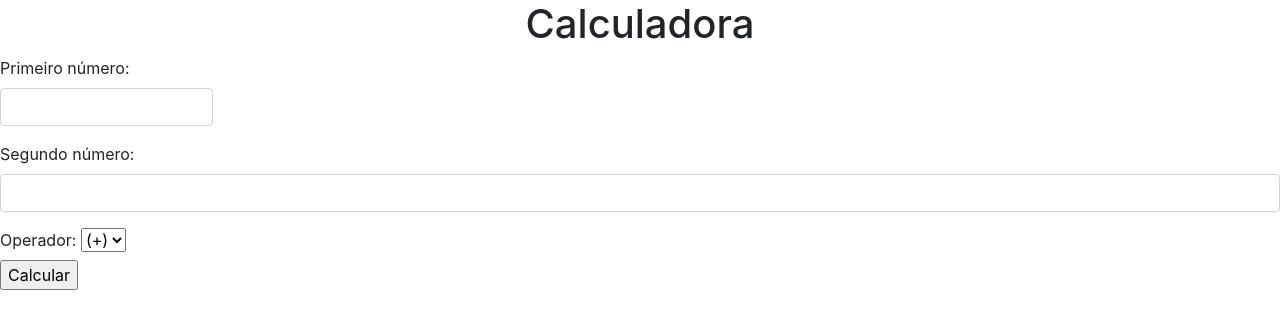
Repository: babirms/DAC
Page: Calculadora/WebContent/home.html
These files come from the project's save history. The page is drawn as it stood at one moment and after the next save; the edit follows.
The browser window is 1280 px wide. The pictures show the whole page.

Above is the page before, as saved 2020-09-20 22:34:32.
Console error (its wording comes from the project's code and is left out).

After the next save:
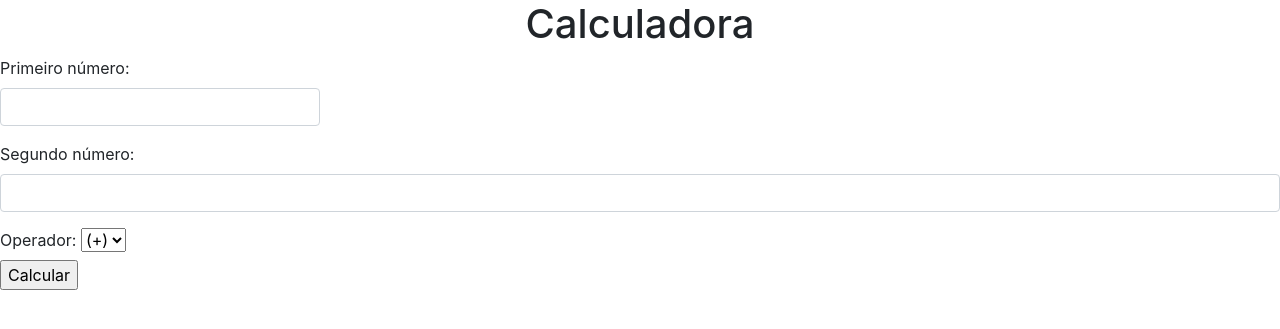
Saved 25 s later.
--- a/Calculadora/WebContent/home.html
+++ b/Calculadora/WebContent/home.html
@@ -14,7 +14,7 @@
 	<form action="CalculadoraServlet" method="get">
 		<div class="form-group">
 			<label for="primeiroNum">Primeiro número: </label> <input
-				type="number" class="form-control col-sm-2" name="primeiroValue"
+				type="number" class="form-control col-sm-3" name="primeiroValue"
 				id="primeiroNum ">
 		</div>
 		<div class="form-group">
